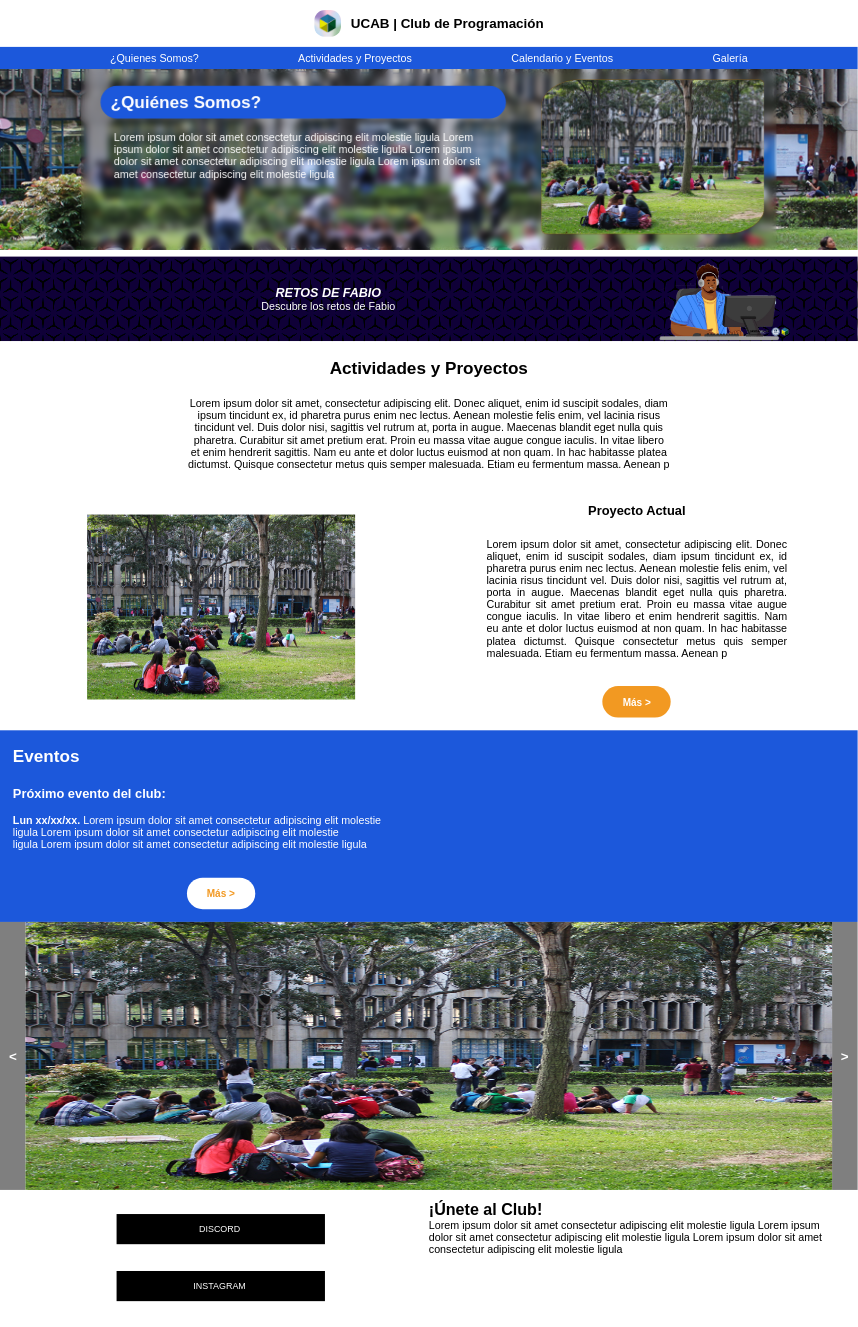
Repository: LuisR404/LandingPage
Page: Pages/QuienesSomos.html
The author's editor kept a copy of each file at every save. The page is drawn from the files as they stood at one save, then again after the next save.
The browser window is 1280 px wide. The pictures show the whole page, at 67% of full size.

Above is the page before, as saved 2025-11-19 10:42:28.

After the next save:
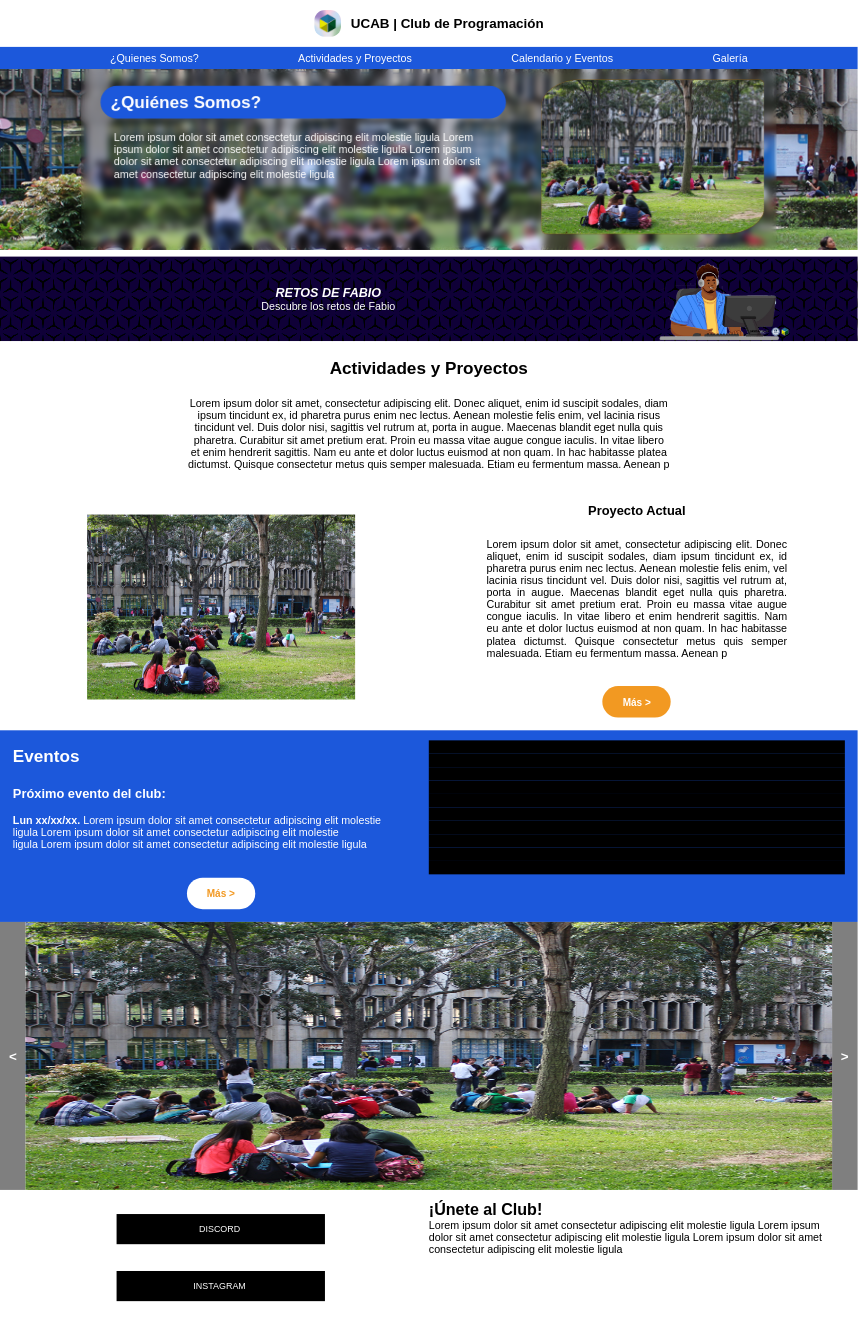
Saved 27 s later.
--- a/Styles/QuienesSomos.css
+++ b/Styles/QuienesSomos.css
@@ -331,8 +331,13 @@
 /* -----------> calendario <----------- */
 .calendario {
     display: grid;
-    grid-template-rows: repeat(4, 1fr)
-    grid-template-rows: 1 repeat(3, 1fr)
+    grid-template-rows: repeat(4, 1fr);
+    grid-template-rows: 1 repeat(3, 1fr);
+
+}
+
+.calendario div {
+    border: 10px solid black;
 }
 
 
